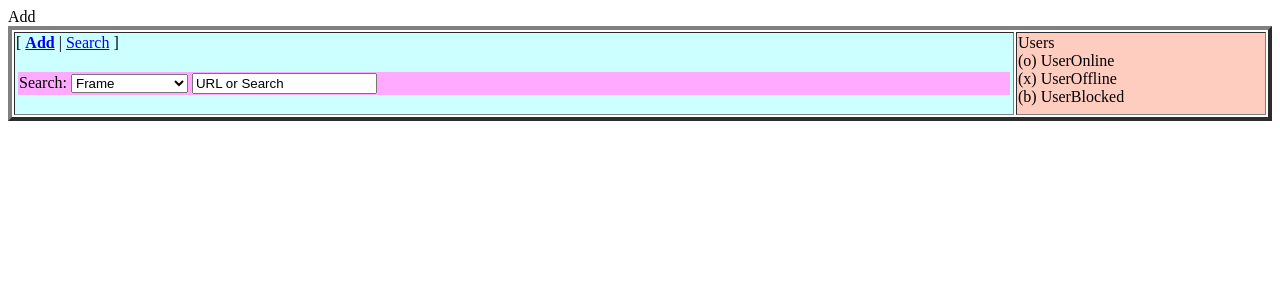
Repository: nevinleiby/SwapRC
Page: add_interface.html
An editor plug-in stored every save of this project. The page is shown before and after the next save, followed by the edit.
The browser window is 1280 px wide. The pictures show the whole page.

Above is the page before, as saved 2019-09-08 01:35:35.

### add_interface.html
<html>
    <title>
        Swap RC
    </title>
    <body>
            Add
            <br>
            <table border=4 width=100%>
                <tr border=4>
                    <td width = 80% border=2 bgcolor="#ccffff" valign=top>
                        [
                        <b><a href="./add_interface.html">Add</a></b> |
                        <a href="./search_interface.html">Search</a>
                        ]
                        <form>
                        <br>
                        <table width=100%>
                            <tr>
                                <td valign=top bgcolor="#ffaaff">
                                    Search:
                                    <select name="category">
                                            <option value = "frame">Frame</option>
                                            <option value = "fc">Flight Controller</option>
                                            <option value = "esc">ESC</option>
                                            <option value = "motor">Motors</option>
                                            <option value = "propeller">Propeller</option>
                                            <option value = "fpv_camera">FPV Camera</option>
                                            <option value = "transmitter">Transmitter</option>
                                            <option value = "antenna">Antenna</option>
                                            <option value = "vtx">VTX</option>
                                            <option value = "receiver">Receiver</option>
                                            <option value = "battery">Battery</option>
                                            <option value = "pdb">PDB</option>
                                            <option value = "hardware">Hardware</option>
                                            <option value = "3d_print">3D Prints</option>
                                    </select>
                                    <input type=text name="Name" value = "URL or Search" >


                                </td>

                            </tr>
                        </table>
                        </form>

                    </td>
                    <td border=2 bgcolor="ffccccc" valign=top>
                        Users
                        <br>
                        (o) UserOnline<br>
                        (x) UserOffline<br>
                        (b) UserBlocked<br>
                    </td>
                </tr>
            </table>
    </body>

</html>

After the next save:
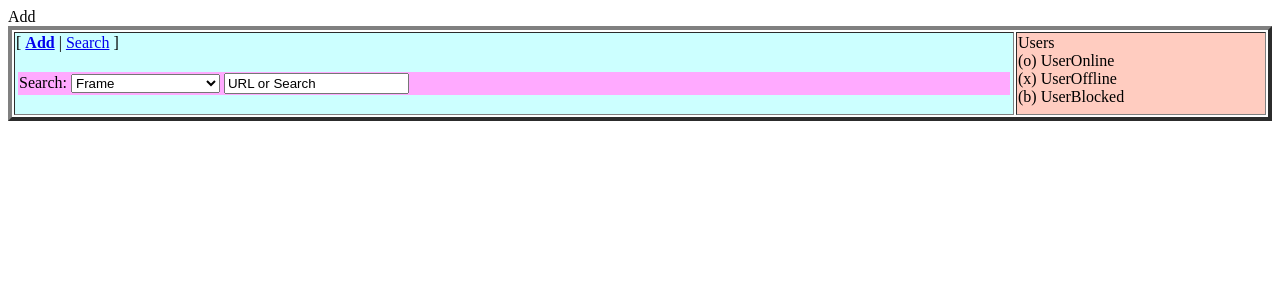
Saved 62 s later.
--- a/add_interface.html
+++ b/add_interface.html
@@ -33,6 +33,10 @@
                                             <option value = "pdb">PDB</option>
                                             <option value = "hardware">Hardware</option>
                                             <option value = "3d_print">3D Prints</option>
+                                            <option value = "goggles">FPV Goggles</option>
+                                            <option value = "video_monitors">FPV Video Monitors</option>
+                                            <option value = "video_receivers">FPV Video Receivers</option>
+                                            <option value = "swag">Swag</option>
                                     </select>
                                     <input type=text name="Name" value = "URL or Search" >
 
